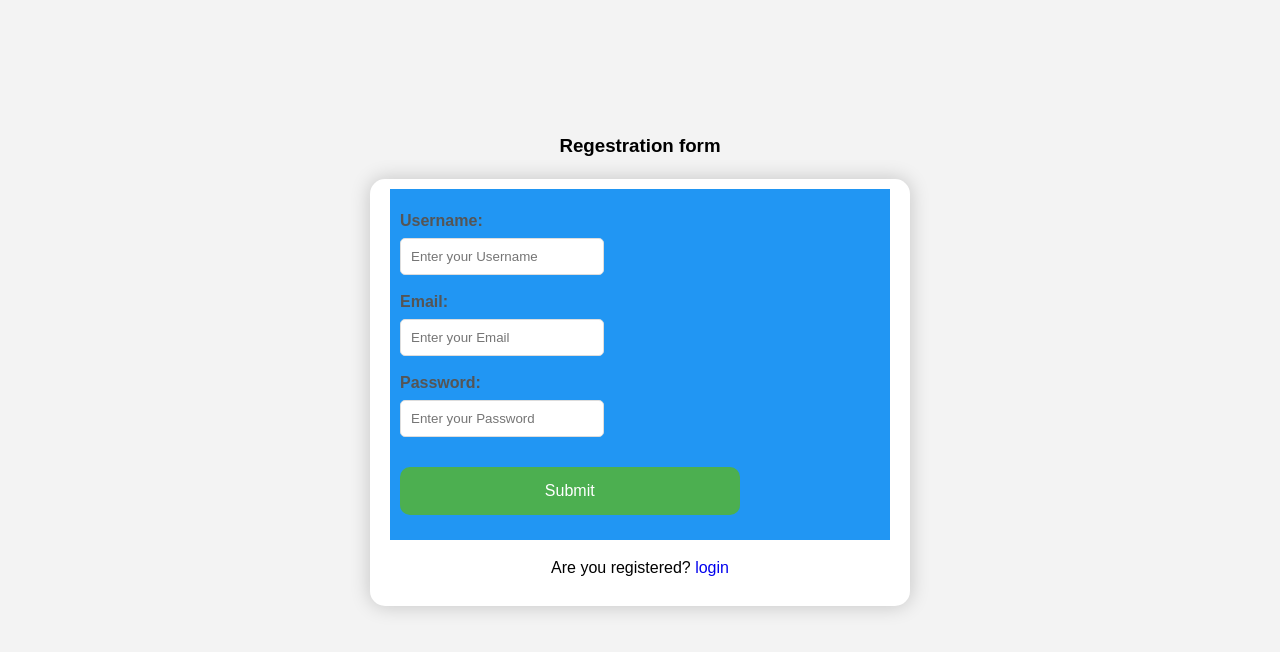
Repository: alizey12/Regestratin-Form-js
Page: regester.html
An editor plug-in stored every save of this project. The page is shown before and after the next save, followed by the edit.
The browser window is 1280 px wide. The pictures show the whole page.

Above is the page before, as saved 2024-11-29 13:43:03.

After the next save:
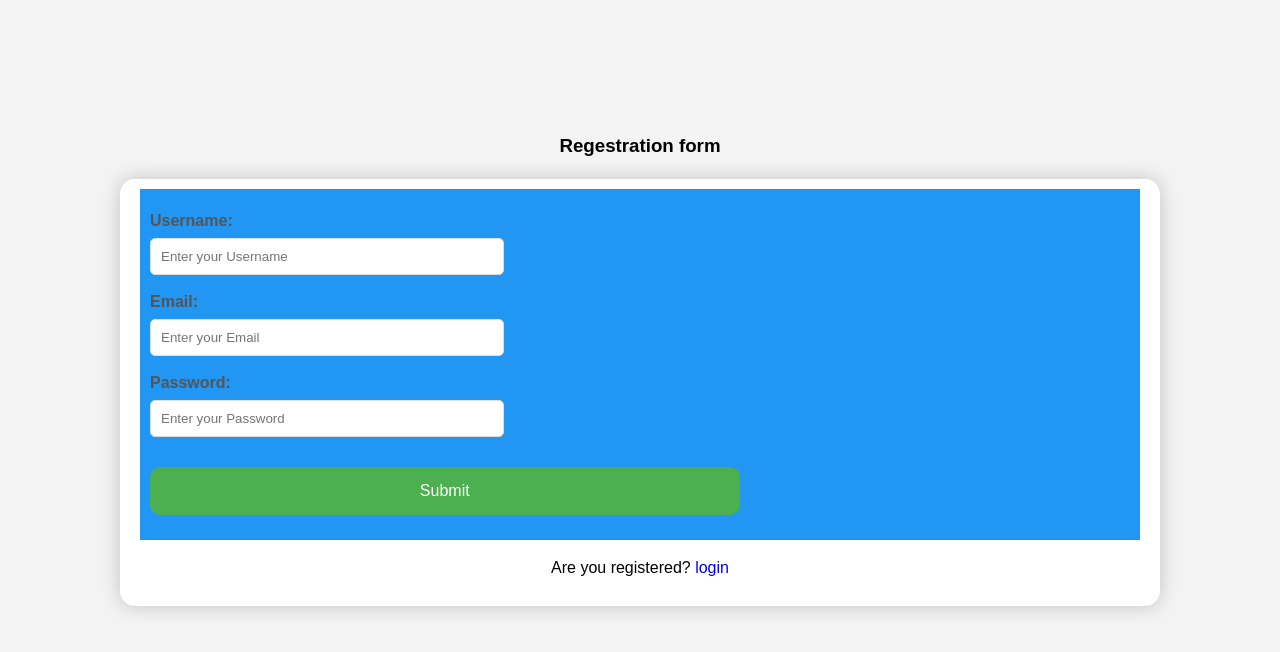
Saved 21 s later.
--- a/regester.css
+++ b/regester.css
@@ -17,7 +17,7 @@ body {
     box-shadow: 0 0 20px rgba(0, 0, 0, 0.2);
     padding: 10px 20px;
     transition: transform 0.2s;
-    width: 500px;
+    width: 1000px;
     text-align: center;
 }
 
